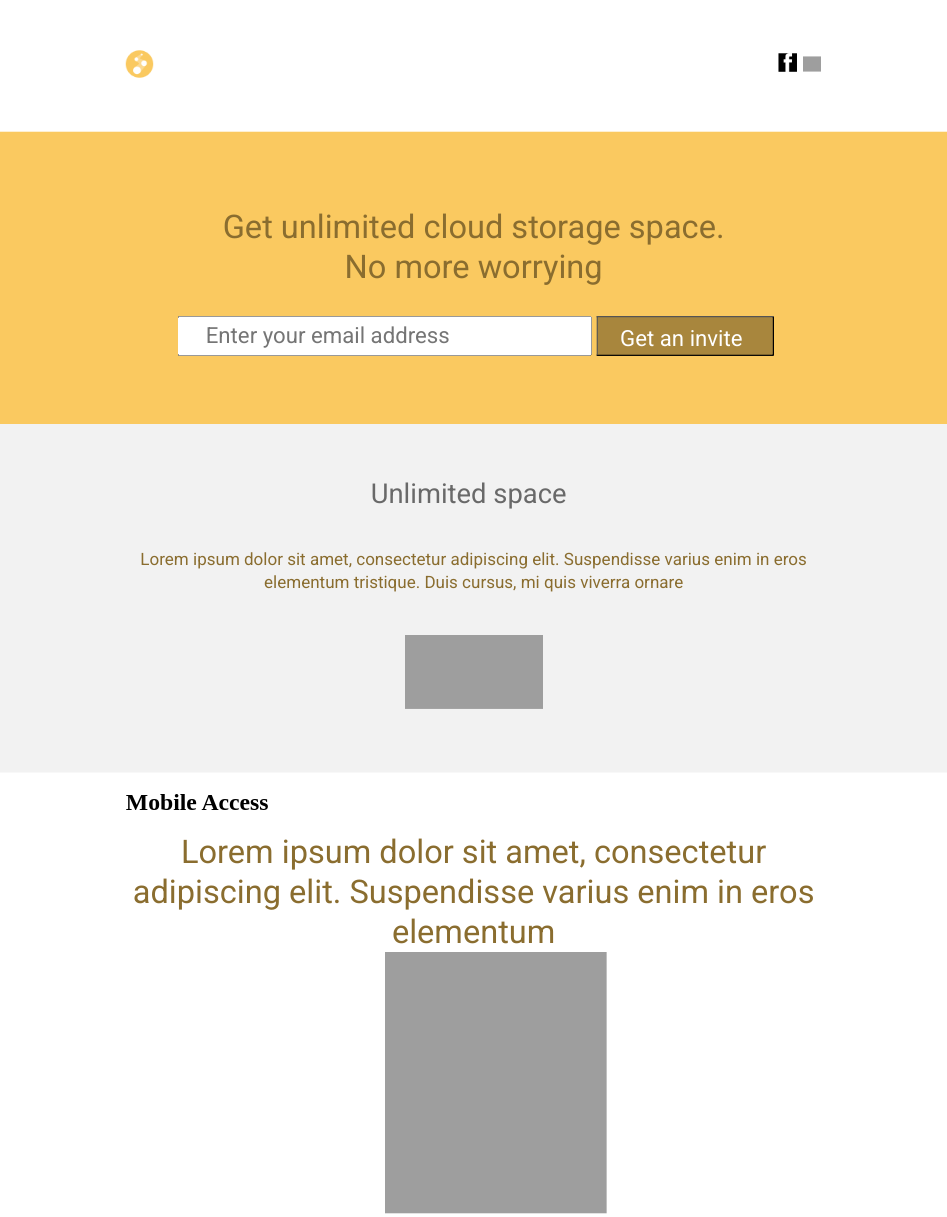
Repository: AndreyMykulych/user_home_work_Mykulych
Page: index.html
The author's editor kept a copy of each file at every save. The page is drawn from the files as they stood at one save, then again after the next save.
The browser window is 1280 px wide. The pictures show the whole page, at 74% of full size.
Pictures or frames that could not be fetched are drawn as grey boxes.

Above is the page before, as saved 2023-02-27 17:51:22.

### index.html
<!DOCTYPE html>
<html lang="en">
<head>
    <meta charset="UTF-8">
    <meta http-equiv="X-UA-Compatible" content="IE=edge">
    <meta name="viewport" content="width=device-width, initial-scale=1.0">
    <title>Document</title>
    <link  rel="stylesheet"  href="styles/normalize.css">
    <link  rel="stylesheet"  href="styles/style.css">
    <link rel="preconnect" href="https://fonts.googleapis.com">
<link rel="preconnect" href="https://fonts.gstatic.com" crossorigin>
<link href="https://fonts.googleapis.com/css2?family=Roboto&display=swap" rel="stylesheet">

</head>
<body>
<div class="wrapper">
        <h1 class="first-block">
            <img class="logo-Photo" src="/3/img/IMAGE.png" alt="main">
        </h1>

            <h1 class="second-block">
                <img class="Fb-Photo" src="data:[embedded picture, 1466 characters]" alt="FB">
                <img class="Twit-Photo" src="https://cdn-icons-png.flaticon.com/512/733/733635.png" alt="Twitter">
            </h1>
</div>
<div class="input-back">
    <div class="input-conteiner">
        <p class="text_1">Get unlimited cloud storage space.</p>
        <p class="text_2">No more worrying</p>
        <form>
            <input placeholder="Enter your email address" type="email" id="email" name="email">
            <button>Get an invite</button>
          </form>
    </div>
</div>
<div class="full_Content">
    <div class="content_first">
     <h1>Unlimited space</h1>
     <p>Lorem ipsum dolor sit amet, consectetur adipiscing elit. Suspendisse varius enim in eros elementum tristique. Duis cursus, mi quis viverra ornare</p>
     <img  class="infinity" src="https://www.freepnglogos.com/uploads/infinity-symbol-png/infinity-symbol-clipart-download-best-infinity-14.png" >
    </div>
</div>
<div class="content_second">
    <h1>Mobile Access</h1>
    <p>Lorem ipsum dolor sit amet, consectetur adipiscing elit. Suspendisse varius enim in eros elementum <tristique class=""></tristique></p>
    <img src="https://assets.stickpng.com/images/5a452598546ddca7e1fcbc80.png">
</div>
</body>
</html>

### styles/style.css
*{
    box-sizing: border-box;
}

.wrapper {
    margin: 0 auto;
    width: 940px;
    margin-top:47px;
}


h1 {
    display: inline-block;
}


.first-block {
    text-align: left;
}


.second-block {
    float: right;
}


.logo-Photo {
    width: 37px;
    height: 37px;
}


.Fb-Photo {
width: 25px;
height: 25px;
}


.Twit-Photo{
    width: 25px;
    height: 21px;
}


.input-back{
    width: 100%;
    background-color: #FAC960;
    height: auto;
    margin-top:43px;

}


.input-conteiner {
    width: 940px;
    margin: 0 auto;
   padding-top:91px;
   padding-bottom: 92px;
}


p {
    margin: 0px;
    display: block;
    font-family: 'Roboto', sans-serif;
    text-align: center;
    font-style: normal;
    font-weight: 400;
    font-size: 44px;
    line-height: 54px;
    color: #8A6D2F;
}



.text_1 {
    padding-top: 10px;
}


.text_2{

    margin-top: 0px;
}



form {
    display: inline-block;
    margin-top: 40px;

}



input {
    padding-left: 36px;
    width: 560px;
    height: 54px;
    font-family: 'Roboto';
font-style: normal;
font-weight: 400;
font-size: 30px;
line-height: 54px;
color: #999999;
margin-left: 70px;
}

button {
      position: absolute;
      width: 240px;
      color: #fff;
      background-color: #A8863D;
      text-align: left;
      padding-left: 30px;
      height: 54px;
      margin-left: 6px;
      font-family: 'Roboto';
      font-style: normal;
      font-weight: 400;
      font-size: 30px;
      line-height: 54px;
      border-radius: 0px 2px 2px 0px;
}

.full_Content{
    height: auto;
    width: 100%;
    display: inline-block;
    background-color: #F2F2F2;
}
.content_first {
    width: 940px;
   margin: 0 auto;

}
.content_first h1{
font-size: 37px;
color: #000000;
opacity: 56%;
font-family: 'Roboto';
font-style: normal;
font-weight: 400;
line-height: 36px;
/* identical to box height, or 97% */
margin-top: 77px;
margin-left:331px;
text-align: center;
}

.content_first p{
    font-size: 23px;
    text-align: center;
    font-family: 'Roboto';
font-style: normal;
font-weight: 400;
line-height: 30px;
margin-top: 32px;
}

.content_first img{
    width: 187px;
    height:100px;
    margin-left: 377px;
    margin-top: 56px;
    margin-bottom: 81px;
}
.content_second {
    width : 940px;
    margin: 0 auto;

}
.content_second img{
    width: 300px;
    height: 354px;
    margin-left: 350px;
}

Loaded but not shown: styles/normalize.css (library)

After the next save:
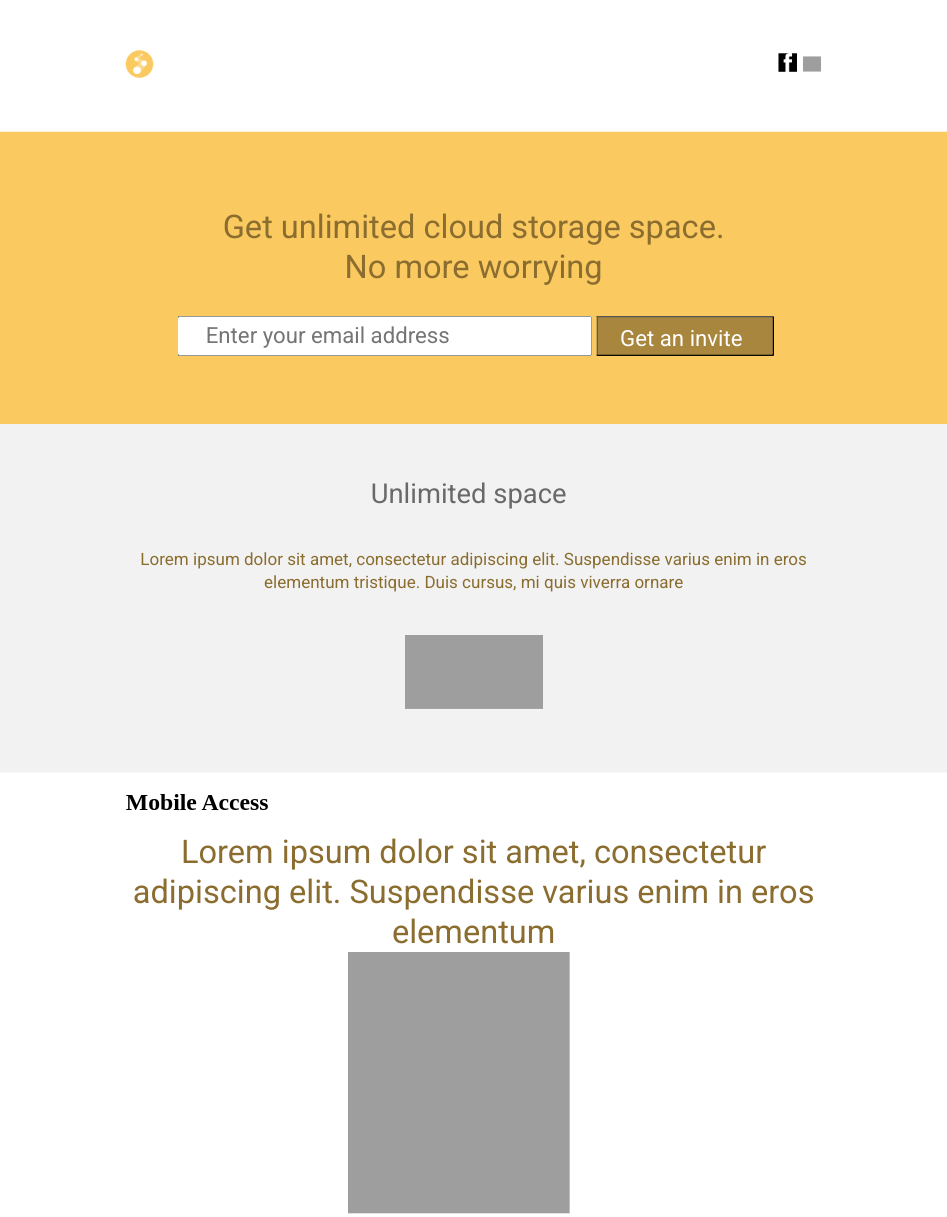
Saved 5 s later.
--- a/styles/style.css
+++ b/styles/style.css
@@ -173,5 +173,5 @@ margin-top: 32px;
 .content_second img{
     width: 300px;
     height: 354px;
-    margin-left: 350px;
+    margin-left: 300px;
 }
